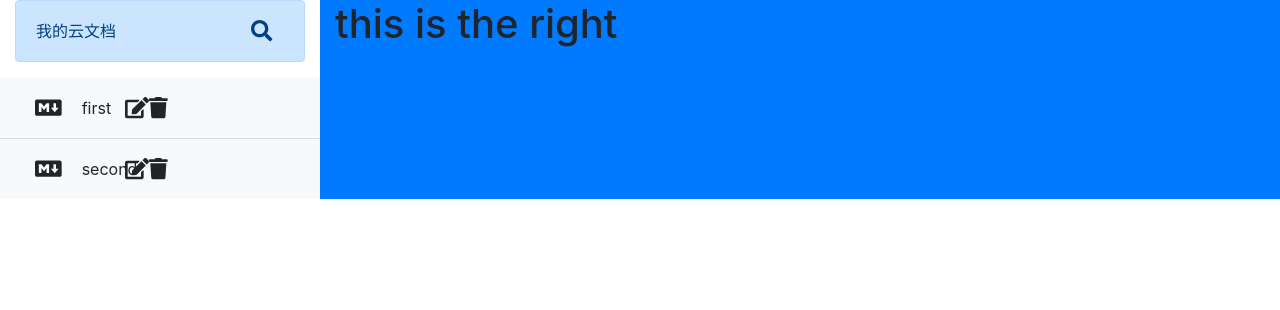
Repository: weijie-he/clould-doc
Page: /
The author's editor kept a copy of each file at every save. The page is drawn from the files as they stood at one save, then again after the next save.
The browser window is 1280 px wide. The pictures show the whole page.
The project was rebuilt for these pictures with package versions that can differ from the ones it lists, and the page was loaded fresh each time.

Above is the page before, as saved 2020-09-30 17:06:09.

After the next save:
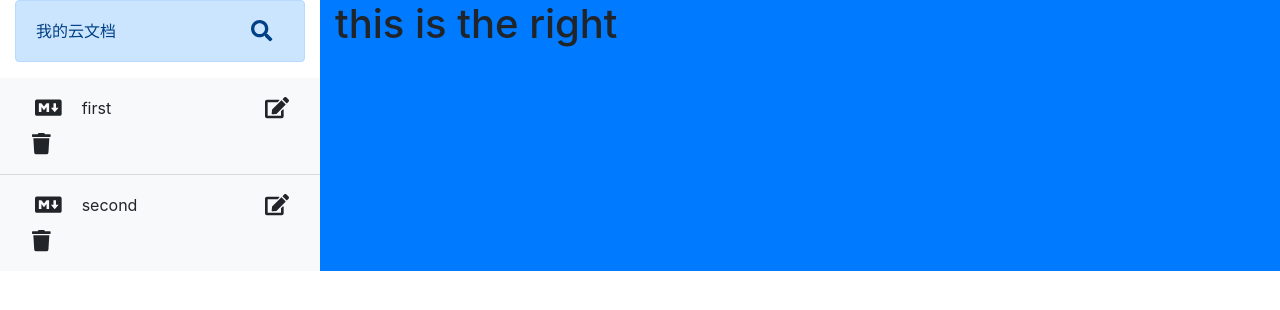
Saved 5 s later.
--- a/src/components/FileList.js
+++ b/src/components/FileList.js
@@ -21,7 +21,7 @@
                                 size={"lg"}
                             />
                         </span>
-                        <span className="col-2">{file.title}</span>
+                        <span className="col-8">{file.title}</span>
                         <Button
                             className={"icon-button col-1"}
                             onClick={()=>{}}>

After the save that followed:
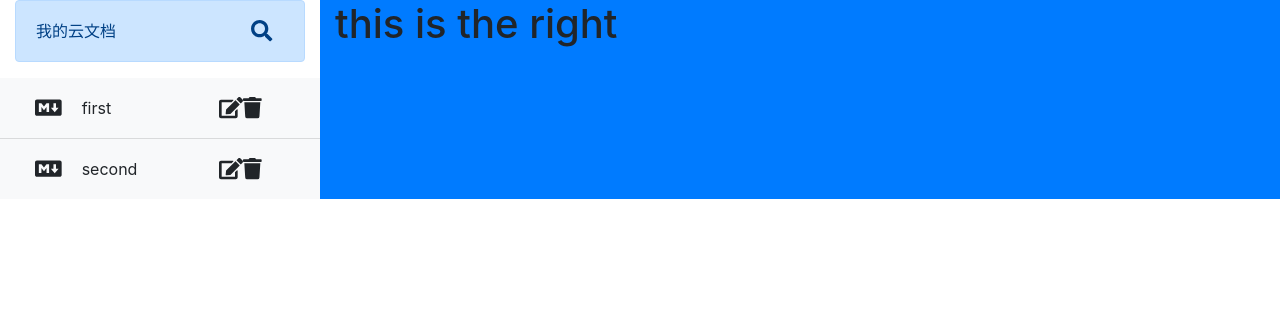
Saved 34 s later.
--- a/src/components/FileList.js
+++ b/src/components/FileList.js
@@ -21,7 +21,7 @@
                                 size={"lg"}
                             />
                         </span>
-                        <span className="col-8">{file.title}</span>
+                        <span className="col-6">{file.title}</span>
                         <Button
                             className={"icon-button col-1"}
                             onClick={()=>{}}>
